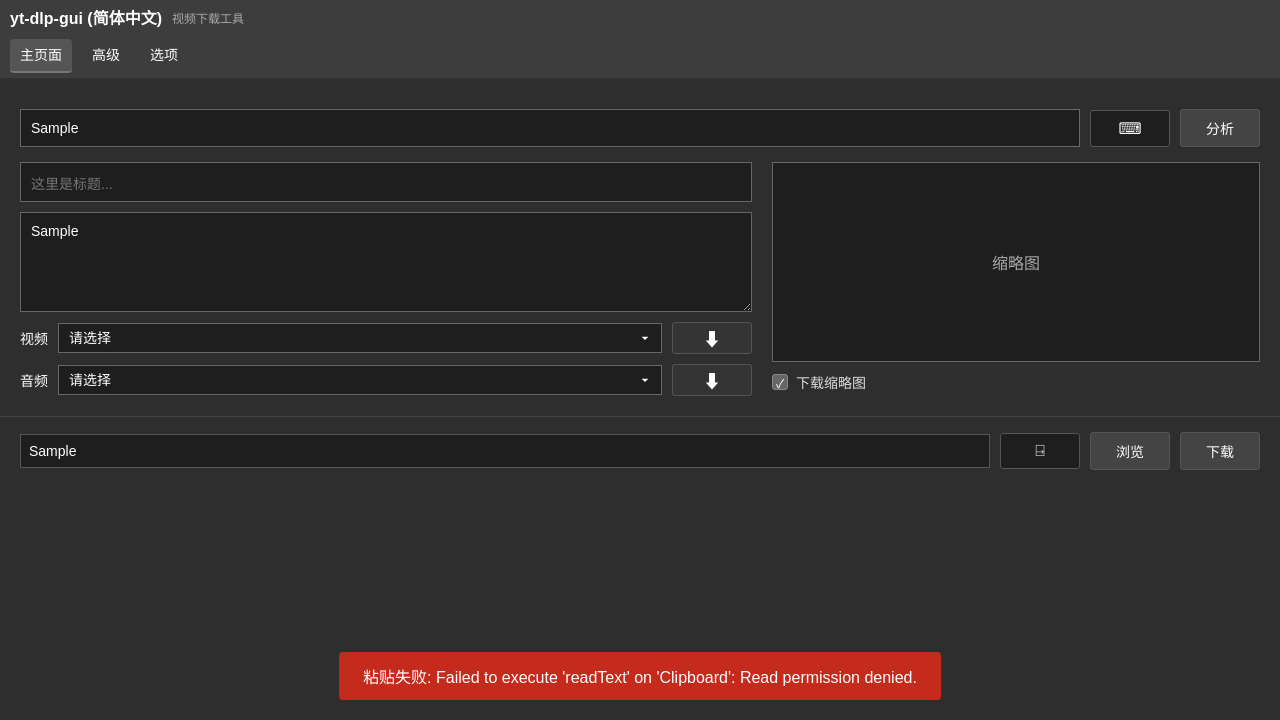
Repository: zArvin6808/yt-TubeSaver
Page: index.html
An editor plug-in stored every save of this project. The page is shown before and after the next save, followed by the edit.
The browser window is 1280 px wide. The pictures show the whole page.
Empty fields were first filled with sample values (such as "Sample", 5 or name@example.com).
After loading, the first visible `#pasteButton` was clicked once.

Above is the page before, as saved 2025-06-07 15:53:02.

### index.html
<!DOCTYPE html>
<html lang="zh-CN">
<head>
  <meta charset="UTF-8" />
  <title>yt-dlp-gui (简体中文)</title>
  <meta name="viewport" content="width=device-width, initial-scale=1.0"/>
  <link rel="stylesheet" href="style.css" />
</head>
<body>

  <!-- 标题栏 -->
  <div class="title-bar">
    <h1>yt-dlp-gui (简体中文)</h1>
    <span>视频下载工具</span>
  </div>

  <!-- 导航栏 -->
  <div class="navbar">
    <a href="#" class="nav-link active" data-page="main">主页面</a>
    <a href="#" class="nav-link" data-page="advanced">高级</a>
    <a href="#" class="nav-link" data-page="settings">选项</a>
  </div>

  <!-- 主页面内容 -->
  <div id="main" class="page active">
    <!-- 网址与按钮 占据整行 -->
    <div class="url-analysis-row">
      <input type="text" id="urlInput" placeholder="网址" />
      <button class="icon-button" id="pasteButton">⌨</button>
      <button id="analyzeButton">分析</button>
    </div>

    <!-- 主内容 -->
    <div class="main">
      <!-- 左侧面板 -->
      <div class="left-panel">
        <textarea class="title-input" id="titleInput" placeholder="这里是标题..." readonly></textarea>
        <textarea class="content-textarea" id="contentTextarea" placeholder="这里是详细内容..."></textarea>

        <!-- 视频行 -->
        <div class="select-group">
          <label for="video-select">视频</label>
          <select id="video-select">
            <option>请选择</option>
            <option value="video1">视频格式1</option>
            <option value="video2">视频格式2</option>
          </select>
          <button class="download-button" id="downloadVideoButton">⬇</button>
        </div>

        <!-- 音频行 -->
        <div class="select-group">
          <label for="audio-select">音频</label>
          <select id="audio-select">
            <option>请选择</option>
            <option value="audio1">音频格式1</option>
            <option value="audio2">音频格式2</option>
          </select>
          <button class="download-button" id="downloadAudioButton">⬇</button>
        </div>
      </div>

      <!-- 右侧面板 -->
      <div class="right-panel">
        <div class="thumbnail" id="thumbnailPreview">缩略图</div>
        <div class="checkbox-group">
          <input type="checkbox" id="download-thumb" checked />
          <label for="download-thumb">下载缩略图</label>
        </div>
      </div>
    </div>

    <!-- 路径栏 -->
    <div class="path-bar">
      <input type="text" id="pathInput" placeholder="D:\下载\yt-dlp-gui\" />
      <button class="icon-button" id="refreshPathButton">⍈</button>
      <button id="selectPathButton">浏览</button>
      <button id="downloadButton">下载</button>
    </div>
  </div>

  <!-- 高级页面 -->
  <div id="advanced" class="page">
    <div class="test-content">
      <h2>高级设置（测试页面）</h2>
      <p>这是高级设置页面的测试内容。该页面将用于配置更详细的下载选项。</p>
      <p>未来这里将包含：</p>
      <ul style="color: #aaa; margin-left: 20px;">
        <li>视频质量设置</li>
        <li>下载速度限制</li>
        <li>字幕选项</li>
        <li>格式选择</li>
      </ul>
    </div>
  </div>

  <!-- 选项页面 -->
  <div id="settings" class="page">
    <div class="test-content">
      <h2>全局设置（测试页面）</h2>
      <p>这是选项设置页面的测试内容。该页面将用于配置软件的全局设置。</p>
      <p>未来这里将包含：</p>
      <ul style="color: #aaa; margin-left: 20px;">
        <li>界面语言设置</li>
        <li>默认下载路径</li>
        <li>代理设置</li>
        <li>主题选择</li>
      </ul>
    </div>
  </div>

  <script src="script.js"></script>
</body>
</html>

### script.js
// 页面切换逻辑
function switchPage(pageId) {
    // 移除所有页面的active类
    document.querySelectorAll('.page').forEach(page => {
        page.classList.remove('active');
    });

    // 移除所有导航项的active类
    document.querySelectorAll('.navbar a').forEach(nav => {
        nav.classList.remove('active');
    });

    // 激活选中的页面
    document.getElementById(pageId).classList.add('active');

    // 激活对应的导航项
    document.querySelector(`.navbar a[data-page="${pageId}"]`).classList.add('active');
}

// 初始化页面
document.addEventListener('DOMContentLoaded', () => {
    // 为所有导航链接添加点击事件
    document.querySelectorAll('.navbar a').forEach(link => {
        link.addEventListener('click', (e) => {
            e.preventDefault();
            const pageId = link.getAttribute('data-page');
            switchPage(pageId);
        });
    });

    // 默认显示main页面
    switchPage('main');

    // 绑定按钮事件

    // 粘贴按钮点击事件
    document.getElementById('pasteButton').addEventListener('click', async () => {
        try {
            const text = await navigator.clipboard.readText();
            document.getElementById('urlInput').value = text;
            showToast('已粘贴剪贴板内容', 'success');
        } catch (error) {
            console.error('粘贴失败:', error);
            showToast('粘贴失败: ' + error.message, 'error');
        }
    });

    // URL分析按钮点击事件
    document.getElementById('analyzeButton').addEventListener('click', async () => {
        const urlInput = document.getElementById('urlInput');
        const url = urlInput.value.trim();

        if (!url) {
            showToast('请输入有效的YouTube URL', 'error');
            urlInput.focus();
            return;
        }

        if (!isValidYouTubeUrl(url)) {
            showToast('请输入有效的YouTube视频链接', 'error');
            return;
        }

        const button = document.getElementById('analyzeButton');
        const originalText = button.textContent;
        button.disabled = true;
        button.innerHTML = '<span class="spinner"></span>分析中...';

        try {
            // 模拟API请求
            const videoInfo = await analyzeYouTubeUrl(url);

            // 更新UI
            document.getElementById('titleInput').value = videoInfo.title;
            document.getElementById('contentTextarea').value = videoInfo.description;
            document.getElementById('thumbnailPreview').style.backgroundImage = `url(${videoInfo.thumbnail})`;
            document.getElementById('thumbnailPreview').textContent = '';

            // 填充格式选项
            updateFormatOptions(videoInfo.formats);

            showToast('视频信息获取成功', 'success');
        } catch (error) {
            console.error('分析URL失败:', error);
            showToast('分析失败: ' + error.message, 'error');
        } finally {
            button.disabled = false;
            button.textContent = originalText;
        }
    });

    // 下载按钮点击事件
    document.getElementById('downloadButton').addEventListener('click', async () => {
        const path = document.getElementById('pathInput').value.trim();
        if (!path) {
            showToast('请选择保存路径', 'error');
            return;
        }

        const button = document.getElementById('downloadButton');
        const originalText = button.textContent;
        button.disabled = true;
        button.innerHTML = '<span class="spinner"></span>下载中...';

        try {
            // 模拟下载过程
            await downloadVideo({
                url: document.getElementById('urlInput').value,
                path: path,
                downloadThumbnail: document.getElementById('download-thumb').checked
            });

            showToast('下载完成', 'success');
        } catch (error) {
            console.error('下载失败:', error);
            showToast('下载失败: ' + error.message, 'error');
        } finally {
            button.disabled = false;
            button.textContent = originalText;
        }
    });

    // 选择保存路径按钮点击事件
    document.getElementById('selectPathButton').addEventListener('click', async () => {
        try {
            // 使用Electron的dialog API选择路径
            const path = await window.electron.showOpenDialog({
                properties: ['openDirectory']
            });

            if (path && path.length > 0) {
                document.getElementById('pathInput').value = path[0];
                showToast('路径设置成功', 'success');
            }
        } catch (error) {
            console.error('选择路径失败:', error);
            showToast('选择路径失败', 'error');
        }
    });

    // 刷新路径按钮点击事件
    document.getElementById('refreshPathButton').addEventListener('click', () => {
        document.getElementById('pathInput').value = 'D:\\下载\\yt-dlp-gui\\';
        showToast('已重置默认路径', 'info');
    });

    // 视频下载按钮点击事件
    document.getElementById('downloadVideoButton').addEventListener('click', () => {
        const select = document.getElementById('video-select');
        if (select.value === '请选择') {
            showToast('请选择视频格式', 'error');
            return;
        }
        showToast(`开始下载视频: ${select.value}`, 'info');
    });

    // 音频下载按钮点击事件
    document.getElementById('downloadAudioButton').addEventListener('click', () => {
        const select = document.getElementById('audio-select');
        if (select.value === '请选择') {
            showToast('请选择音频格式', 'error');
            return;
        }
        showToast(`开始下载音频: ${select.value}`, 'info');
    });

    // 辅助函数
    function isValidYouTubeUrl(url) {
        const pattern = /^(https?:\/\/)?(www\.)?(youtube\.com|youtu\.?be)\/.+/;
        return pattern.test(url);
    }

    function showToast(message, type = 'info') {
        const toast = document.createElement('div');
        toast.className = `toast toast-${type}`;
        toast.textContent = message;
        document.body.appendChild(toast);

        setTimeout(() => {
            toast.classList.add('fade-out');
            setTimeout(() => toast.remove(), 300);
        }, 3000);
    }

    // 模拟API函数
    async function analyzeYouTubeUrl(url) {
        return new Promise((resolve) => {
            setTimeout(() => {
                resolve({
                    title: '示例视频标题',
                    description: '这是视频的详细描述信息...',
                    thumbnail: 'https://i.ytimg.com/vi/dQw4w9WgXcQ/maxresdefault.jpg',
                    formats: {
                        video: ['1080p', '720p', '480p'],
                        audio: ['mp3', 'aac', 'opus']
                    }
                });
            }, 1500);
        });
    }

    function updateFormatOptions(formats) {
        const videoSelect = document.getElementById('video-select');
        const audioSelect = document.getElementById('audio-select');

        // 清空现有选项
        videoSelect.innerHTML = '<option>请选择</option>';
        audioSelect.innerHTML = '<option>请选择</option>';

        // 添加视频格式
        formats.video.forEach(format => {
            const option = document.createElement('option');
            option.value = format;
            option.textContent = format;
            videoSelect.appendChild(option);
        });

        // 添加音频格式
        formats.audio.forEach(format => {
            const option = document.createElement('option');
            option.value = format;
            option.textContent = format;
            audioSelect.appendChild(option);
        });
    }

    async function downloadVideo(options) {
        return new Promise((resolve) => {
            setTimeout(() => {
                console.log('下载完成:', options);
                resolve();
            }, 3000);
        });
    }

    // 页面切换
    document.querySelectorAll('.nav-link').forEach(link => {
        link.addEventListener('click', (e) => {
            e.preventDefault();
            const page = link.dataset.page;

            // 更新导航栏状态
            document.querySelectorAll('.nav-link').forEach(navLink => {
                navLink.classList.remove('active');
            });
            link.classList.add('active');

            // 切换页面
            document.querySelectorAll('.page').forEach(pageElement => {
                pageElement.classList.remove('active');
            });
            document.getElementById(page).classList.add('active');
        });
    });

    // 粘贴按钮点击事件
    document.getElementById('pasteButton')?.addEventListener('click', () => {
        // TODO: 实现粘贴功能
        console.log('粘贴URL');
        navigator.clipboard.readText()
            .then(text => {
                document.getElementById('urlInput').value = text;
            })
            .catch(err => {
                console.error('无法读取剪贴板内容: ', err);
            });
    });

    // 视频下载按钮点击事件
    document.getElementById('downloadVideoButton')?.addEventListener('click', () => {
        const videoFormat = document.getElementById('video-select').value;
        console.log('下载视频格式:', videoFormat);
    });

    // 音频下载按钮点击事件
    document.getElementById('downloadAudioButton')?.addEventListener('click', () => {
        const audioFormat = document.getElementById('audio-select').value;
        console.log('下载音频格式:', audioFormat);
    });

    // 刷新路径按钮点击事件
    document.getElementById('refreshPathButton')?.addEventListener('click', () => {
        // TODO: 实现刷新路径功能
        console.log('刷新路径');
    });
});

Loaded but not shown: style.css (515 lines, source omitted)

After the next save:
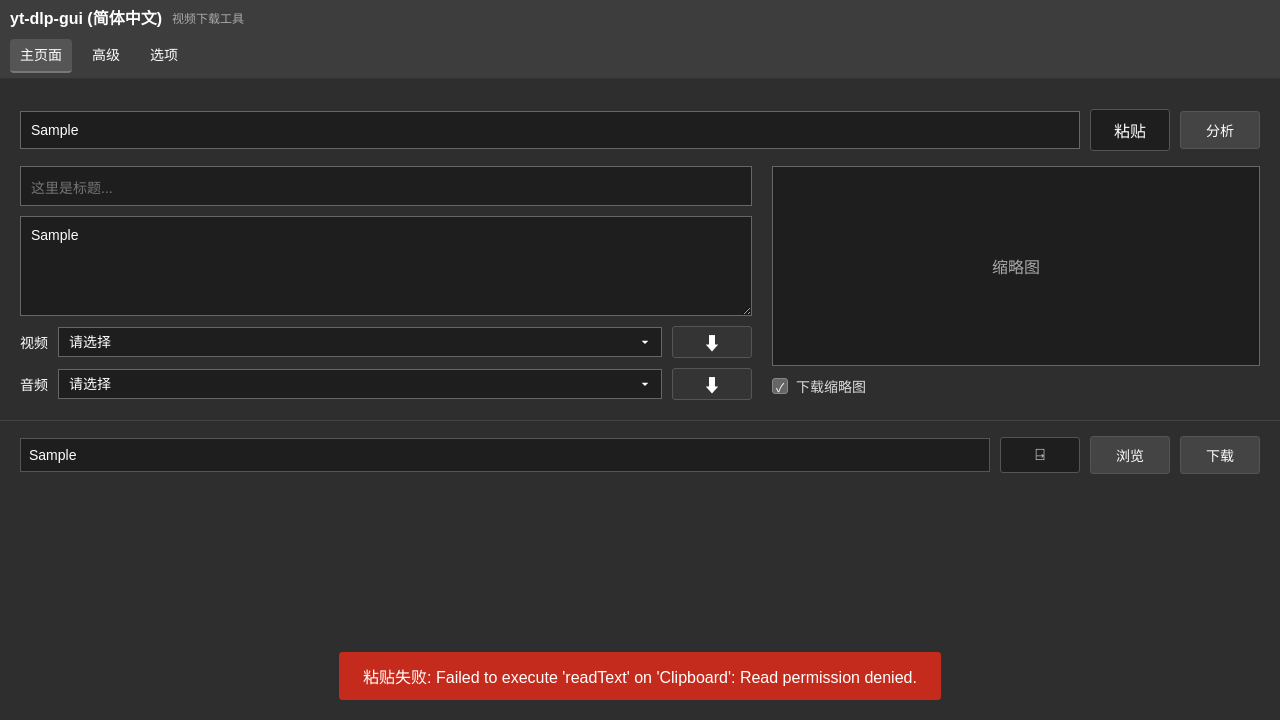
Saved 4 min 13 s later.
--- a/script.js
+++ b/script.js
@@ -254,33 +254,91 @@
     });
 
     // 粘贴按钮点击事件
-    document.getElementById('pasteButton')?.addEventListener('click', () => {
-        // TODO: 实现粘贴功能
-        console.log('粘贴URL');
-        navigator.clipboard.readText()
-            .then(text => {
-                document.getElementById('urlInput').value = text;
-            })
-            .catch(err => {
-                console.error('无法读取剪贴板内容: ', err);
-            });
+    document.getElementById('pasteButton')?.addEventListener('click', async () => {
+        try {
+            const button = document.getElementById('pasteButton');
+            const originalText = button.textContent;
+            button.disabled = true;
+            button.innerHTML = '<span class="spinner"></span>粘贴中...';
+
+            const text = await navigator.clipboard.readText();
+            document.getElementById('urlInput').value = text;
+            showToast('已粘贴剪贴板内容', 'success');
+        } catch (error) {
+            console.error('粘贴失败:', error);
+            showToast('粘贴失败: ' + error.message, 'error');
+        } finally {
+            const button = document.getElementById('pasteButton');
+            button.disabled = false;
+            button.textContent = '粘贴';
+        }
     });
 
     // 视频下载按钮点击事件
-    document.getElementById('downloadVideoButton')?.addEventListener('click', () => {
-        const videoFormat = document.getElementById('video-select').value;
-        console.log('下载视频格式:', videoFormat);
+    document.getElementById('downloadVideoButton')?.addEventListener('click', async () => {
+        const select = document.getElementById('video-select');
+        if (select.value === '请选择') {
+            showToast('请选择视频格式', 'error');
+            return;
+        }
+
+        const button = document.getElementById('downloadVideoButton');
+        const originalText = button.textContent;
+        button.disabled = true;
+        button.innerHTML = '<span class="spinner"></span>下载中...';
+
+        try {
+            // 模拟下载过程
+            await downloadVideo({
+                url: document.getElementById('urlInput').value,
+                format: select.value,
+                type: 'video'
+            });
+
+            showToast(`视频下载完成: ${select.value}`, 'success');
+        } catch (error) {
+            console.error('视频下载失败:', error);
+            showToast('视频下载失败: ' + error.message, 'error');
+        } finally {
+            button.disabled = false;
+            button.textContent = originalText;
+        }
     });
 
     // 音频下载按钮点击事件
-    document.getElementById('downloadAudioButton')?.addEventListener('click', () => {
-        const audioFormat = document.getElementById('audio-select').value;
-        console.log('下载音频格式:', audioFormat);
+    document.getElementById('downloadAudioButton')?.addEventListener('click', async () => {
+        const select = document.getElementById('audio-select');
+        if (select.value === '请选择') {
+            showToast('请选择音频格式', 'error');
+            return;
+        }
+
+        const button = document.getElementById('downloadAudioButton');
+        const originalText = button.textContent;
+        button.disabled = true;
+        button.innerHTML = '<span class="spinner"></span>下载中...';
+
+        try {
+            // 模拟下载过程
+            await downloadVideo({
+                url: document.getElementById('urlInput').value,
+                format: select.value,
+                type: 'audio'
+            });
+
+            showToast(`音频下载完成: ${select.value}`, 'success');
+        } catch (error) {
+            console.error('音频下载失败:', error);
+            showToast('音频下载失败: ' + error.message, 'error');
+        } finally {
+            button.disabled = false;
+            button.textContent = originalText;
+        }
     });
 
     // 刷新路径按钮点击事件
     document.getElementById('refreshPathButton')?.addEventListener('click', () => {
-        // TODO: 实现刷新路径功能
-        console.log('刷新路径');
+        document.getElementById('pathInput').value = 'D:\\下载\\yt-dlp-gui\\';
+        showToast('已重置默认路径', 'info');
     });
 });
